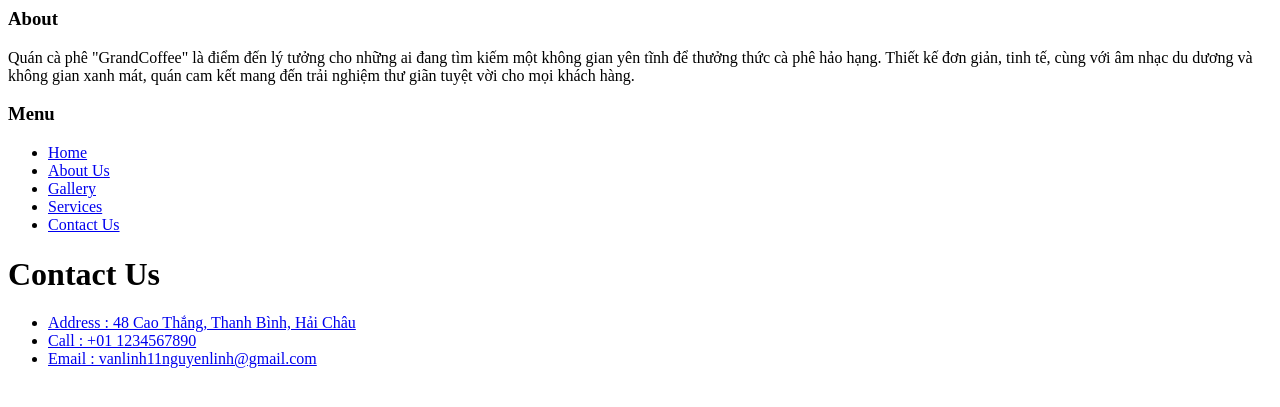
Repository: nguyenvanlinh1105/Simple-cafe-management
Page: http://localhost/cafe/common/web/footer.jsp
An editor plug-in stored every save of this project. The page is shown before and after the next save, followed by the edit.
The browser window is 1280 px wide. The pictures show the whole page.
The page is served by Tomcat 9. Nobody is signed in. The application's start-up code is not run. Other server files are loaded and not shown.

Above is the page before, as saved 2024-05-19 01:50:15.

### BaiTapTHJVA/cafe/src/main/webapp/common/web/footer.jsp
    <%@ page language="java" contentType="text/html; charset=UTF-8" pageEncoding="UTF-8"%>
      <div class="footer_section layout_padding mt-3">
         <div class="container">
            <div class="row">
               <div class="col-lg-4 col-sm-6">
                  <h3 class="useful_text">About</h3>
                  <p class="footer_text">
Quán cà phê "GrandCoffee" là điểm đến lý tưởng cho những ai đang tìm kiếm một không gian yên tĩnh để thưởng thức cà phê hảo hạng.
Thiết kế đơn giản, tinh tế, cùng với âm nhạc du dương và không gian xanh mát, quán cam kết mang đến trải nghiệm thư giãn tuyệt vời cho mọi khách hàng.</p>
               </div>
               <div class="col-lg-4 col-sm-6">
                  <h3 class="useful_text">Menu</h3>
                  <div class="footer_menu">
                     <ul>
                        <li><a href="index.html">Home</a></li>
                        <li><a href="about.html">About Us</a></li>
                        <li><a href="gallery.html">Gallery</a></li>
                        <li><a href="services.html">Services</a></li>
                        <li><a href="contact.html">Contact Us</a></li>
                     </ul>
                  </div>
               </div>

               <div class="col-lg-4 col-sm-6">
                  <h1 class="useful_text">Contact Us</h1>
                  <div class="location_text">
                     <ul>
                        <li>
                           <a href="#">
                           <i class="fa fa-map-marker" aria-hidden="true"></i><span class="padding_left_10">Address : 48 Cao Thắng, Thanh Bình, Hải Châu</span>
                           </a>
                        </li>
                        <li>
                           <a href="#">
                           <i class="fa fa-phone" aria-hidden="true"></i><span class="padding_left_10">Call : +01 1234567890</span>
                           </a>
                        </li>
                        <li>
                           <a href="#">
                           <i class="fa fa-envelope" aria-hidden="true"></i><span class="padding_left_10">Email : vanlinh11nguyenlinh@gmail.com</span>
                           </a>
                        </li>
                     </ul>
                  </div>
               </div>
            </div>
         </div>
      </div>

After the next save:
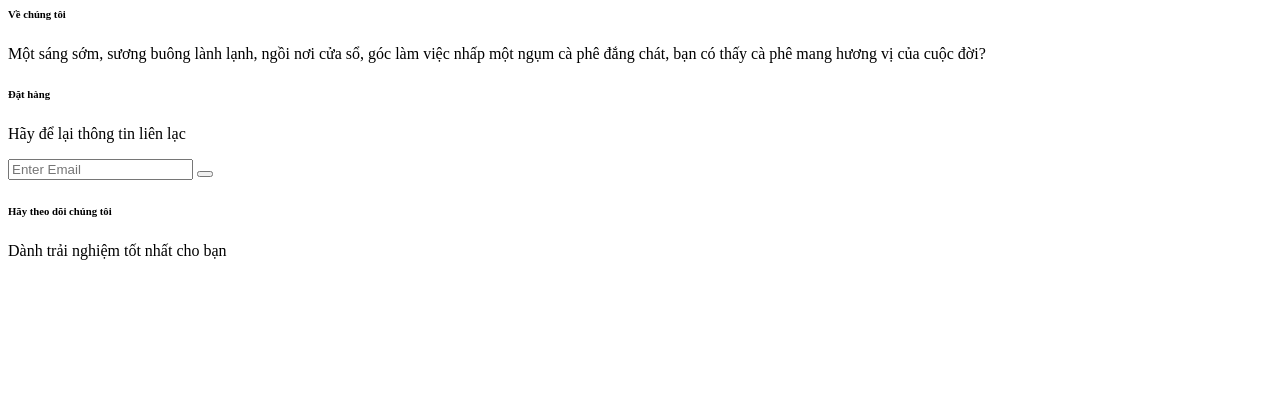
Saved 8 min 39 s later.
--- a/BaiTapTHJVA/cafe/src/main/webapp/common/web/footer.jsp
+++ b/BaiTapTHJVA/cafe/src/main/webapp/common/web/footer.jsp
@@ -1,48 +1,49 @@
     <%@ page language="java" contentType="text/html; charset=UTF-8" pageEncoding="UTF-8"%>
-      <div class="footer_section layout_padding mt-3">
-         <div class="container">
-            <div class="row">
-               <div class="col-lg-4 col-sm-6">
-                  <h3 class="useful_text">About</h3>
-                  <p class="footer_text">
-Quán cà phê "GrandCoffee" là điểm đến lý tưởng cho những ai đang tìm kiếm một không gian yên tĩnh để thưởng thức cà phê hảo hạng.
-Thiết kế đơn giản, tinh tế, cùng với âm nhạc du dương và không gian xanh mát, quán cam kết mang đến trải nghiệm thư giãn tuyệt vời cho mọi khách hàng.</p>
-               </div>
-               <div class="col-lg-4 col-sm-6">
-                  <h3 class="useful_text">Menu</h3>
-                  <div class="footer_menu">
-                     <ul>
-                        <li><a href="index.html">Home</a></li>
-                        <li><a href="about.html">About Us</a></li>
-                        <li><a href="gallery.html">Gallery</a></li>
-                        <li><a href="services.html">Services</a></li>
-                        <li><a href="contact.html">Contact Us</a></li>
-                     </ul>
-                  </div>
-               </div>
+      	<!-- start footer Area -->
+			<footer class="footer-area section-gap">
+				<div class="container">
+					<div class="row">
+						<div class="col-lg-5 col-md-6 col-sm-6">
+							<div class="single-footer-widget">
+								<h6>Về chúng tôi</h6>
+								<p>
+									Một sáng sớm, sương buông lành lạnh, ngồi nơi cửa sổ, góc làm việc nhấp một ngụm cà phê đắng chát, bạn có thấy cà phê mang hương vị của cuộc đời?
+								</p>
+								<p class="footer-text">
 
-               <div class="col-lg-4 col-sm-6">
-                  <h1 class="useful_text">Contact Us</h1>
-                  <div class="location_text">
-                     <ul>
-                        <li>
-                           <a href="#">
-                           <i class="fa fa-map-marker" aria-hidden="true"></i><span class="padding_left_10">Address : 48 Cao Thắng, Thanh Bình, Hải Châu</span>
-                           </a>
-                        </li>
-                        <li>
-                           <a href="#">
-                           <i class="fa fa-phone" aria-hidden="true"></i><span class="padding_left_10">Call : +01 1234567890</span>
-                           </a>
-                        </li>
-                        <li>
-                           <a href="#">
-                           <i class="fa fa-envelope" aria-hidden="true"></i><span class="padding_left_10">Email : vanlinh11nguyenlinh@gmail.com</span>
-                           </a>
-                        </li>
-                     </ul>
-                  </div>
-               </div>
-            </div>
-         </div>
-      </div>
+								</p>
+							</div>
+						</div>
+						<div class="col-lg-5  col-md-6 col-sm-6">
+							<div class="single-footer-widget">
+								<h6>Đặt hàng</h6>
+								<p>Hãy để lại thông tin liên lạc</p>
+								<div class="" id="mc_embed_signup">
+									<form target="_blank" novalidate="true" action="https://spondonit.us12.list-manage.com/subscribe/post?u=1462626880ade1ac87bd9c93a&amp;id=92a4423d01" method="get" class="form-inline">
+										<input class="form-control" name="EMAIL" placeholder="Enter Email" onfocus="this.placeholder = ''" onblur="this.placeholder = 'Enter Email '" required="" type="email">
+			                            	<button class="click-btn btn btn-default"><i class="fa fa-long-arrow-right" aria-hidden="true"></i></button>
+			                            	<div style="position: absolute; left: -5000px;">
+												<input name="b_36c4fd991d266f23781ded980_aefe40901a" tabindex="-1" value="" type="text">
+											</div>
+
+										<div class="info pt-20"></div>
+									</form>
+								</div>
+							</div>
+						</div>
+						<div class="col-lg-2 col-md-6 col-sm-6 social-widget">
+							<div class="single-footer-widget">
+								<h6>Hãy theo dõi chúng tôi</h6>
+								<p>Dành trải nghiệm tốt nhất cho bạn</p>
+								<div class="footer-social d-flex align-items-center">
+									<a href="#"><i class="fa fa-facebook"></i></a>
+									<a href="#"><i class="fa fa-twitter"></i></a>
+									<a href="#"><i class="fa fa-dribbble"></i></a>
+									<a href="#"><i class="fa fa-behance"></i></a>
+								</div>
+							</div>
+						</div>
+					</div>
+				</div>
+			</footer>
+			<!-- End footer Area -->
